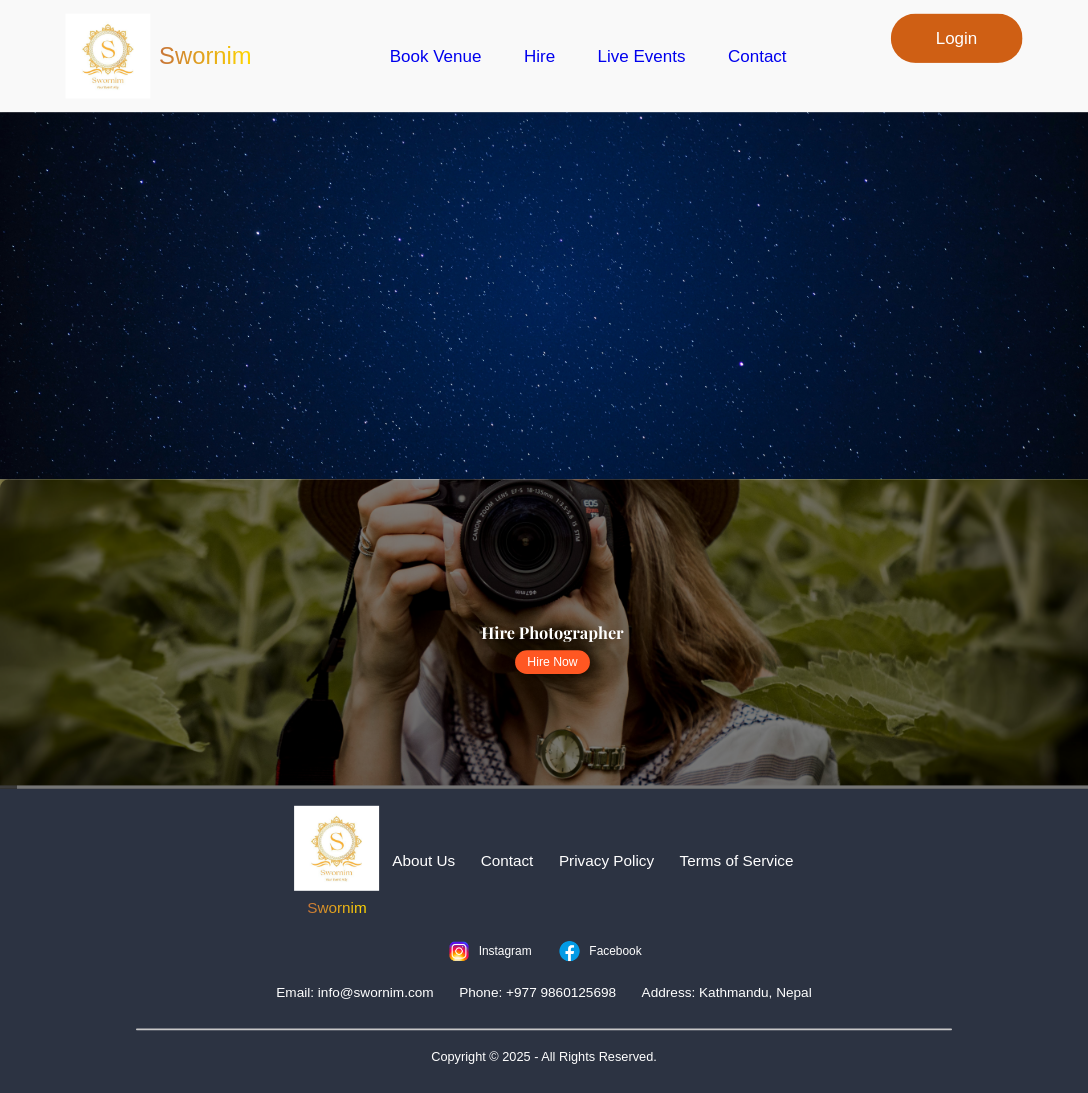
Repository: leonischu/Swornim
Page: / (app in frontend/)
The author's editor kept a copy of each file at every save. The page is drawn from the files as they stood at one save, then again after the next save.
The browser window is 1280 px wide. The pictures show the whole page, at 85% of full size.
Pictures or frames that could not be fetched are drawn as grey boxes. The project was rebuilt for these pictures with package versions that can differ from the ones it lists, and the page was loaded fresh each time. Also part of the build but not shown: frontend/src/App.css, frontend/src/Pages/CSS/Hire.css, frontend/src/Pages/Hire.jsx, frontend/src/Pages/Contact.jsx, frontend/src/Pages/LoginSignup.jsx.

Above is the page before, as saved 2025-06-04 11:35:42.

### frontend/public/index.html
<!DOCTYPE html>
<html lang="en">
  <head>
    <meta charset="utf-8" />
    <link rel="icon" href="%PUBLIC_URL%/favicon.ico" />
    <meta name="viewport" content="width=device-width, initial-scale=1" />
    <meta name="theme-color" content="#000000" />
    <meta
      name="description"
      content="Web site created using create-react-app"
    />
    <link rel="apple-touch-icon" href="%PUBLIC_URL%/logo192.png" />
    <!--
      manifest.json provides metadata used when your web app is installed on a
      user's mobile device or desktop. See https://developers.google.com/web/fundamentals/web-app-manifest/
    -->
    <link rel="manifest" href="%PUBLIC_URL%/manifest.json" />
    <link href="https://fonts.googleapis.com/css2?family=Lato:wght@400;600&family=Playfair+Display:wght@400;600;700&display=swap" rel="stylesheet">
    <link rel="stylesheet" href="https://cdnjs.cloudflare.com/ajax/libs/font-awesome/6.0.0-beta3/css/all.min.css"/>

    <!--
      Notice the use of %PUBLIC_URL% in the tags above.
      It will be replaced with the URL of the `public` folder during the build.
      Only files inside the `public` folder can be referenced from the HTML.

      Unlike "/favicon.ico" or "favicon.ico", "%PUBLIC_URL%/favicon.ico" will
      work correctly both with client-side routing and a non-root public URL.
      Learn how to configure a non-root public URL by running `npm run build`.
    -->
    <title>Swornim</title>
  </head>
  <body>
    <noscript>You need to enable JavaScript to run this app.</noscript>
    <div id="root"></div>
    <!--
      This HTML file is a template.
      If you open it directly in the browser, you will see an empty page.

      You can add webfonts, meta tags, or analytics to this file.
      The build step will place the bundled scripts into the <body> tag.

      To begin the development, run `npm start` or `yarn start`.
      To create a production bundle, use `npm run build` or `yarn build`.
    -->
  </body>
</html>

### frontend/src/index.css
body {
  margin: 0;
  font-family: -apple-system, BlinkMacSystemFont, 'Segoe UI', 'Roboto', 'Oxygen',
    'Ubuntu', 'Cantarell', 'Fira Sans', 'Droid Sans', 'Helvetica Neue',
    sans-serif;
  -webkit-font-smoothing: antialiased;
  -moz-osx-font-smoothing: grayscale;
  font-family: 'Lato', sans-serif ;
  color: rgb(29, 29, 29);
}
h1, h2, h3, h4, h5, h6 {
  font-family: 'Playfair Display', serif;
  color: rgb(23, 23, 23); /* Default heading color */
  font-weight: bold;
}
.body-medium {
  font-family: 'Lato', sans-serif;
  font-size: 16px;
  color: rgb(29, 29, 29);
}
.title-medium {
  font-family: 'Playfair Display', serif;
  font-size: 20px;
  font-weight: bold;
  color: rgb(23, 23, 23);
}
.headline-small {
  font-family: 'Playfair Display', serif;
  font-size: 24px;
  font-weight: bold;
  color: white; /* White for headings like "Book Venue" */
}

code {
  font-family: source-code-pro, Menlo, Monaco, Consolas, 'Courier New',
    monospace;
}

### frontend/src/App.js
import './App.css';
import { Navbar } from './Components/Navbar/Navbar';
import { BrowserRouter, Routes, Route } from 'react-router-dom';
import { Book } from './Pages/Book';
import { Hire } from './Pages/Hire';
import { Contact } from './Pages/Contact';
import { LoginSignup } from './Pages/LoginSignup';
import { Footer} from './Components/Footer/Footer';
import Carousel from './Components/Carousel/Carousel';
function App() {
  return (
    <div>
      <BrowserRouter>
      <Navbar/>
       <Routes>
          <Route path='/' element={<Book/>}/>
          <Route path='/contact' element={<Contact/>}/>
          <Route path='/hire' element={<Hire/>}/>

          <Route path='/login' element={<LoginSignup/>}/>
          </Routes>
          <Carousel/>
         <Footer/>
      </BrowserRouter>
    </div>
  );
}

export default App;

### frontend/src/Components/Navbar/Navbar.jsx
import React, { useState } from 'react'
import './Navbar.css'

import logo from '../Assets/logo.jpg'
import { Link } from 'react-router-dom';
export const Navbar = () => {
    const [menu, setMenu] = useState(""); // State for active menu item

  return (
    <div className='navbar'>
      <div className='nav-logo'>
        <img src={logo} alt=""/>
        <p>Swornim</p>
      </div>
      <ul className="nav-menu">
        <li onClick={()=>{setMenu("book venue")}}><Link style={{ textDecoration: 'none' }}to='/'>Book Venue</Link>{menu==="book venue"?<hr/>:<></>}</li>
        <li onClick={()=>{setMenu("hire")}}><Link style={{ textDecoration: 'none' }}to='/hire'> Hire</Link>{menu==="hire"?<hr/>:<></>}</li>
        <li onClick={()=>{setMenu("live events")}}><Link style={{ textDecoration: 'none' }} to='/liveevents'>Live Events</Link>{menu==="live events"?<hr/>:<></>}</li>
        <li onClick={()=>{setMenu("contact")}}><Link style={{ textDecoration: 'none' }}  to='/contact'>Contact</Link >{menu==="contact"?<hr/>:<></>}</li>
      </ul>
      <div className='nav-login-cart'>
        <Link to='/login'><button>Login</button></Link>

      </div>
    </div>
  )
}

### frontend/src/Pages/Book.jsx
import React from 'react';
import Clients  from '../Components/Clients/Clients';
import Carousel from '../Components/Carousel/Carousel';


export const Book = () => {
  return (
    <div>

        <Clients/>
    </div>
  )
}

### frontend/src/Components/Footer/Footer.jsx
import React from 'react'
import './Footer.css'
import footer_logo from '../Assets/logo.jpg'
import instagram_icon from '../Assets/instagram_icon.png'
import facebook_icon from '../Assets/facebook_icon.png'

export const Footer = () => {
  return (
    <div className='footer'>

      {/* Logo and Navigation Links */}
      <div className='footer-top'>
        <div className="footer_logo">
          <img src={footer_logo} alt='logo' />
          <p>Swornim</p>

        </div>

        <ul className='footer-links'>
          <li>About Us</li>
          <li>Contact</li>
          <li>Privacy Policy</li>
          <li>Terms of Service</li>
        </ul>
      </div>

      {/* Social Icons */}
      <div className="footer-social-section">
        <div className="footer-social-icon">
          <a
            href="https://instagram.com"
            target="_blank"
            rel="noopener noreferrer"
            className='footer-icons-container'
          >
            <img src={instagram_icon} alt="Instagram" />
            <span>Instagram</span>
          </a>
          <a
            href="https://facebook.com"
            target="_blank"
            rel="noopener noreferrer"
            className='footer-icons-container'
          >
            <img src={facebook_icon} alt="Facebook" />
            <span>Facebook</span>
          </a>
        </div>
      </div>

      {/* Contact Info */}
      <div className="footer-contact">
        <p>Email: info@swornim.com</p>
        <p>Phone: +977 9860125698 </p>
        <p>Address: Kathmandu, Nepal</p>
      </div>

      {/* Copyright */}
      <div className="footer-copyright">
        <hr />
        <p>Copyright © 2025 - All Rights Reserved.</p>
      </div>

    </div>
  )
}

### frontend/src/Components/Carousel/Carousel.jsx
import React from 'react';
import Slider from "react-slick";
import "slick-carousel/slick/slick.css";
import "slick-carousel/slick/slick-theme.css";
import "./Carousel.css";
const Carousel = () => {
  const settings = {
    dots: true,
    infinite: true,
    speed: 500,
    slidesToShow: 1,
    slidesToScroll: 1,
    autoplay: true,
    autoplaySpeed: 3000,
  };

  const slides = [
    {
      title: "Book Your Event",
      image: require("../Assets/venue.jpg"),
      buttonText: "Book Now",
    },
    {
      title: "Hire Photographer",
      image: require("../Assets/photographer.jpg"),
      buttonText: "Hire Now",
    },
    {
      title: "Hire Makeup Artist",
      image: require("../Assets/makeupartist.jpg"),
      buttonText: "Hire Now",
    },
    {
      title: "Get Into Live Events",
      image: require("../Assets/liveevent.jpg"),
      buttonText: "Explore Now",
    },
  ];

return (
  <div className="carousel-container">
    <Slider {...settings}>
      {slides.map((slide, index) => (
        <div key={index} className="carousel-slide">
          <img
            src={slide.image}
            alt={slide.title}
            className="carousel-image"
          />
          <div className="carousel-overlay">
            <h2 className="carousel-title">{slide.title}</h2>
            <button className="carousel-button">{slide.buttonText}</button>
          </div>
        </div>
      ))}
    </Slider>
  </div>
);
}

export default Carousel;

### frontend/src/Components/Navbar/Navbar.css
.navbar{
    display:flex;
    justify-content: space-around;
    padding: 16px;
    box-shadow: 0 1px 3px -2px black;
}
.nav-logo{
    display: flex;
    align-items: center;
    gap: 10px;
}
.nav-logo p {
    background: linear-gradient(to right, rgba(199, 116, 57, 1), #FFD700);
    -webkit-background-clip: text;
    -webkit-text-fill-color: transparent;
    background-clip: text; /* Optional for broader support */
    font-size: 28px;
    font-weight: 400;
}
.nav-logo img {
    width: 100px; /* Adjust the width of an image/icon */
    height: auto;
}
.nav-menu{
    display: flex;
    align-items: center;
    list-style: none;
    gap: 50px;
    color: black;
    font-size: 20px;
    font-weight: 500;

}
.nav-menu li{
    display: flex;
    flex-direction: column;
    align-items: center;
    justify-content: center;
    gap: 3px;
    cursor: pointer;

}
.nav-menu hr{
    border: none;
    width: 90%;
    height: 3px;
    border-radius: 15px;
    background: rgba(207, 95, 20, 1);

}
.nav-login-cart {
    display: flex; /* Flexbox layout */
    gap: 15px; /* Adjust the gap between buttons */
}
.nav-login-cart button{
    width: 155px;
    height: 58px;
    outline: none;
    border: 1px solid transparent;
    border-radius: 75px;
    background-color: rgba(207, 95, 20, 1);
    color: white;
    font-size: 20px;
    font-weight: 500;
    cursor: pointer;
}
.nav-login-cart button:active{
    background: rgba(44, 51, 66, 1);
}

### frontend/src/Components/Clients/Clients.jsx
import React from 'react';
import Slider from "react-slick";
import "slick-carousel/slick/slick.css";
import "slick-carousel/slick/slick-theme.css";
import "./Clients.css";

const Clients = () => {
  const settings = {
    dots: true,
    infinite: true,
    speed: 500,
    slidesToShow: 1,
    slidesToScroll: 1,
    autoplay: true,
    autoplaySpeed: 2000,
    pauseOnHover: true,
    fade: false,
  };

  const testimonials = [
    {
      name: "Serena Sharma",
      saying: "Swornim made my wedding unforgettable! Their attention to detail was amazing.",
      image: require("../Assets/serena_sharma.jpg"),
    },
    {
      name: "Priyanka Karki",
      saying: "Ayanka's birthday was a magical day, thanks to the incredible team of Swornim. From the beautiful decor to the perfectly organized activities, everything was flawless. Seeing her eyes light up with joy was the best gift I could ask for as a mother!",
      image: require("../Assets/priyanka_karki.jpg"),
    },
    {
      name: "Aarav Khadka",
      saying: "The team went above and beyond for our corporate event. Simply the best!",
      image: require("../Assets/aarav_khadka.jpg"),
    },
  ];

  const backgroundImage = require("../Assets/testimonial_bg.jpg");

  return (
    <div
      className="testimonial-carousel-container"
      style={{ backgroundImage: `url(${backgroundImage})` }}
    >
      <Slider {...settings}>
        {testimonials.map((client, index) => (
          <div key={index} className="testimonial-slide">
            <div className="testimonial-overlay">
              <img
                src={client.image}
                alt={client.name}
                className="testimonial-client-image"
              />
              <div className="testimonial-info">
                <h3 className="testimonial-client-name">{client.name}</h3>
                <div className="testimonial-cloud">
                  <p>{client.saying}</p>
                </div>
              </div>
            </div>
          </div>
        ))}
      </Slider>
    </div>
  );
};

export default Clients;

### frontend/src/Pages/CSS/Contact.css
body {
  font-family: Arial, sans-serif;
  margin: 0;
  padding: 0;
  background-color: #f9f9f9;
}

.contact-container {
  padding: 20px;
}

.contact-title {
  text-align: center;
  font-size: 2.5em;
  color: rgba(44, 51, 66, 1);
  margin-bottom: 10px;
}

.contact-description {
  text-align: center;
  font-size: 1.2em;
  color: #555;
  margin-bottom: 30px;
}

.contact-content {
  display: flex;
  flex-wrap: wrap;
  justify-content: center;
  gap: 20px;
}

.contact-info {
  flex: 1;
  max-width: 500px; /* Increased width */
  background-color: #fff;
  padding: 30px;
  border-radius: 8px;
  box-shadow: 0 2px 10px rgba(0, 0, 0, 0.1);
}

.contact-info h2 {
  margin-bottom: 10px;
  color: rgba(44, 51, 66, 1); /* Navy Blue */
}

.contact-info p {
  margin: 10px 0;
  color: #555;
  font-size: 1.1em; /* Slightly larger text */
}

.contact-form {
  flex: 1;
  max-width: 400px;
}

.contact-input,
.contact-textarea {
  width: 100%;
  margin-bottom: 15px;
  padding: 10px;
  border: 1px solid #ddd;
  border-radius: 5px;
  font-size: 1em;
}

.contact-textarea {
  height: 100px;
  resize: none;
}

.contact-submit {
  width: 100%;
  padding: 10px;
  background-color: rgba(207, 95, 20, 1); /* Orange */
  color: #fff;
  border: none;
  border-radius: 5px;
  font-size: 1.1em;
  cursor: pointer;
}

.contact-submit:hover {
  background-color: rgba(186, 85, 18, 1); /* Slightly darker orange */
}

/* Wow Section */
.wow-section {
  margin-top: 50px;
  text-align: center;
  background-color: rgba(250, 241, 231, 1); /* Light orange-tinted background */
  padding: 30px;
  border-radius: 10px;
  box-shadow: 0 2px 10px rgba(0, 0, 0, 0.1);
}

.wow-title {
  font-size: 2em;
  margin-bottom: 20px;
  color: rgba(44, 51, 66, 1); /* Navy Blue */
}

.carousel {
  display: flex;
  justify-content: center;
  gap: 20px;
}

.carousel-item {
  max-width: 250px;
  padding: 20px;
  background-color: #fff;
  border-radius: 8px;
  box-shadow: 0 2px 10px rgba(0, 0, 0, 0.1);
  transition: transform 0.3s;
}

.carousel-item:hover {
  transform: scale(1.05);
}

.carousel-item h3 {
  margin-bottom: 10px;
  color: rgba(207, 95, 20, 1); /* Orange */
}

.carousel-item p {
  color: #555;
}

### frontend/src/Pages/CSS/LoginSignup.css
body, html {
  margin: 0;
  padding: 0;
  box-sizing: border-box;
  font-family: 'Arial', sans-serif;
}

.loginsignup {
  width: 100%;
  height: 100vh;
  display: flex;
  justify-content: center;
  align-items: center;
  background: none; /* No background color */
}

.loginsignup-container {
  width: 400px;
  padding: 30px;
  background: white;
  border-radius: 10px;
  box-shadow: 0 4px 15px rgba(0, 0, 0, 0.1);
  text-align: center;
}

.loginsignup-container h1 {
  margin-bottom: 20px;
  color: #333;
  font-size: 24px;
}

.input-container {
  position: relative;
  margin-bottom: 20px;
}

.input-container i {
  position: absolute;
  top: 50%;
  left: 10px;
  transform: translateY(-50%);
  color: #aaa;
  font-size: 16px;
}

.input-container input {
  width: calc(100% - 40px);
  padding: 10px 10px 10px 35px;
  border: 1px solid #ccc;
  border-radius: 5px;
  font-size: 16px;
  outline: none;
  color: #333;
}

.input-container input:focus {
  border-color: #555;
}

button {
  width: 100%;
  padding: 12px;
  border: none;
  border-radius: 5px;
  background: rgba(207, 95, 20, 1);
  color: white;
  font-size: 18px;
  cursor: pointer;
  transition: background 0.3s ease-in-out;
}

button:hover {
  background: rgba(165, 75, 15, 1);
}

.loginsignup-login {
  margin-top: 20px;
  color: #555;
  font-size: 14px;
}

.loginsignup-login span {
  color: rgba(165, 75, 15, 1);
  font-weight: bold;
  cursor: pointer;
}

.loginsignup-login span:hover {
  text-decoration: underline;
}

.loginsignup-agree {
  display: flex;
  align-items: center; /* Vertically aligns checkbox and text */
  gap: 10px; /* Space between the checkbox and the text */
  margin-top: 20px;
  font-size: 14px;
  color: #5c5c5c;
}

.loginsignup-agree input {
  margin-right: 10px;
}

.loginsignup-agree input[type='checkbox'] {
  width: 16px; /* Adjust the size of the checkbox */
  height: 16px;
  cursor: pointer; /* Makes the checkbox more interactive */
}

### frontend/src/Components/Footer/Footer.css
.footer {
  display: flex;
  flex-direction: column;
  align-items: center;
  gap: 25px; /* Increased gap for better spacing */
  padding: 20px 0;
  background-color: rgba(44, 51, 66, 1);
  color: white;
  font-family: Arial, sans-serif;
  font-size: 16px;
}

/* Top section with logo and links */
.footer-top {
  display: flex;
  justify-content: center;
  align-items: center;
  gap: 15px;
  width: 90%;
  max-width: 1200px;
  text-align: center;
}

.footer_logo {
  display: flex;
  flex-direction: column;
  align-items: center;
  gap: 10px;
}

.footer_logo img {
  width: 100px;
  height: auto;
  align-items: flex-start;
}

.footer_logo p {
  background: linear-gradient(to right, rgba(199, 116, 57, 1), #FFD700);
  -webkit-background-clip: text;
  -webkit-text-fill-color: transparent;
  font-size: 18px;
  font-weight: 500;
  margin: 0;
}

.footer-links {
  display: flex;
  list-style: none;
  gap: 30px;
  padding: 0;
  margin: 0;
  font-size: 18px;
  justify-content: center;
}

.footer-links li {
  cursor: pointer;
  transition: color 0.3s;

}

.footer-links li:hover {
  color: #ffa500;
}

/* Social Icons Section */
.footer-social-section {
  width: 90%;
  max-width: 1200px;
  text-align: center;
}

.footer-social-icon {
  display: flex;
  justify-content: center;
  gap: 30px;
}

.footer-icons-container {
  display: flex;
  align-items: center;
  gap: 8px;
  text-decoration: none;
  color: white;
  background: none;
  border: none;
  cursor: pointer;
  transition: color 0.3s ease;
}

.footer-icons-container img {
  width: 30px;
  height: 30px;
}

.footer-icons-container span {
  font-size: 14px;
}

.footer-icons-container:hover {
  color: #ff5722;
}

/* Contact Info Section */
.footer-contact {
  display: flex;
  flex-wrap: wrap;
  justify-content: center;
  gap: 30px;
  text-align: center;
  width: 90%;
  max-width: 1200px;
  font-size: 16px;
}

.footer-contact p {
  margin: 0;
}

/* Copyright Section */
.footer-copyright {
  display: flex;
  flex-direction: column;
  align-items: center;
  width: 100%;
  max-width: 1200px;
  color: white;
  font-size: 15px;
  text-align: center;
}

.footer-copyright hr {
  width: 80%;
  border: none;
  border-radius: 10px;
  height: 2px;
  background: #c7c7c7;
}

### frontend/src/Components/Carousel/Carousel.css
/* Carousel container */
.carousel-container {
  width: 100vw;
  margin: 0 auto;
  overflow: hidden;
}

/* Each slide */
.carousel-slide {
  position: relative;
  display: flex;
  justify-content: center;
  align-items: center;
}

/* Image styles */
.carousel-image {
  width: 100vw;
  height: 50vh;    /* Half viewport height */
  object-fit: cover; /* Ensures the image fills the area without distortion */
  border-radius: 0;
  box-shadow: 0px 4px 8px rgba(0, 0, 0, 0.1);
}

/* Overlay styles */
.carousel-overlay {
  position: absolute;
  top: 0;
  left: 0;
  width: 100%;
  height: 100%;
  background: rgba(0, 0, 0, 0.5); /* Slightly darker overlay */
  display: flex;
  flex-direction: column;
  justify-content: center;
  align-items: center;
  border-radius: 10px;
  padding: 10px;
}

/* Title styles */
.carousel-title {
  color: white;
  font-size: 1.2rem; /* Smaller font size for titles */
  font-weight: bold;
  margin-bottom: 8px;
  text-align: center;
}

/* Button styles */
.carousel-button {
  background-color: #ff5722;
  color: white;
  display: inline-block;
  width: auto;
  max-width: 150px;
  padding: 6px 14px; /* Smaller padding for buttons */
  border: none;
  border-radius: 20px;
  font-size: 0.9rem; /* Smaller button font size */
  cursor: pointer;
  box-shadow: 0px 2px 6px rgba(0, 0, 0, 0.2);
  transition: background-color 0.3s ease;
}

.carousel-button:hover {
  background-color: #e64a19;
}

### frontend/src/Components/Clients/Clients.css
.testimonial-carousel-container {
  width: 100%;
  height: 60vh;
  background-size: cover;
  background-position: center;
  background-repeat: no-repeat;
  position: relative;
  display: flex;
  justify-content: center;
  align-items: center;
  overflow: hidden; /* Ensure no unwanted overflow */
}

.testimonial-slide {
  display: flex;
  justify-content: center;
  align-items: center;
  height: 100%;
  color: white;
}

.testimonial-overlay {
  display: flex;
  flex-direction: column;
  justify-content: center;
  align-items: center;
  text-align: center;
  padding: 20px;
  background: rgba(0, 0, 0, 0.5);
  border-radius: 15px;
  width: 80%;
}

.testimonial-client-image {
  width: 100px;
  height: 100px;
  border-radius: 50%;
  margin-bottom: 10px;
  border: 3px solid white;
}

.testimonial-info {
  display: flex;
  flex-direction: column;
  align-items: center;
  gap: 10px;
}

.testimonial-client-name {
  font-size: 1.2rem;
  font-weight: bold;
}

.testimonial-cloud {
  position: relative;
  background: white;
  color: black;
  padding: 15px 20px;
  border-radius: 20px;
  font-size: 1rem;
  box-shadow: 0 4px 10px rgba(0, 0, 0, 0.2);
  max-width: 80%;
}

.testimonial-cloud:after {
  content: '';
  position: absolute;
  bottom: -10px;
  left: 50%;
  transform: translateX(-50%);
  border-width: 10px;
  border-style: solid;
  border-color: white transparent transparent transparent;
}

Loaded but not shown: frontend/src/index.js (common file); frontend/src/reportWebVitals.js (common file)

After the next save:
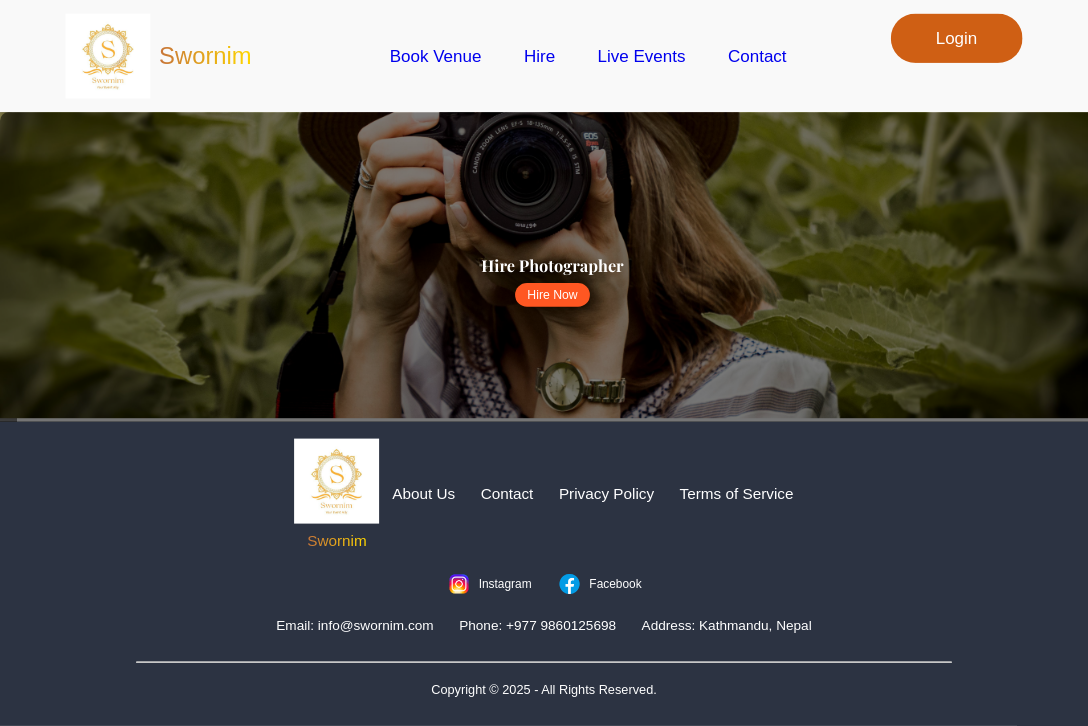
Saved 2 min 16 s later.
--- a/frontend/src/Pages/Book.jsx
+++ b/frontend/src/Pages/Book.jsx
@@ -1,5 +1,4 @@
 import React from 'react';
-import Clients  from '../Components/Clients/Clients';
 import Carousel from '../Components/Carousel/Carousel';
 
 
@@ -7,7 +6,7 @@ export const Book = () => {
   return (
     <div>
 
-        <Clients/>
+
     </div>
   )
 }
